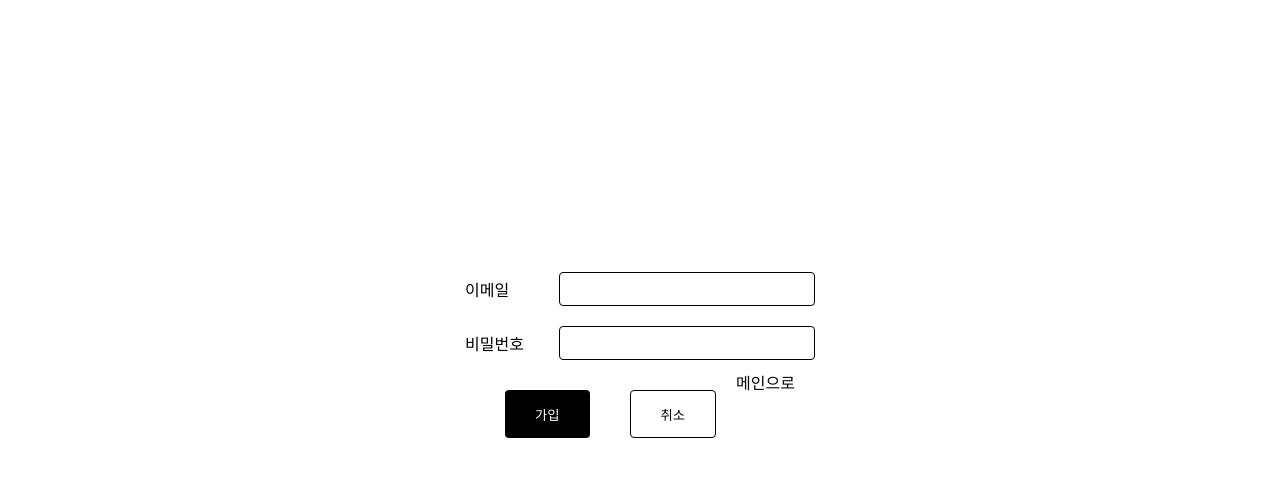
Repository: momo0170/react-shopping
Page: /register
These files come from the project's save history. The page is drawn as it stood at one moment and after the next save; the edit follows.
The browser window is 1280 px wide. The pictures show the whole page.
The page's requests for data from a server got no answer. Some web fonts or font styles are not loaded; a fallback is used. The project was rebuilt for these pictures with package versions that can differ from the ones it lists, and the page was loaded fresh each time. No one was signed in, and anything a server would have sent is missing. Also part of the build but not shown: src/App.css, src/css/Header.module.css, src/components/Header.jsx, src/App.js, src/router/Products.jsx, src/css/Login.module.css, src/router/Login.jsx.

Above is the page before, as saved 2023-02-24 19:02:43.

After the next save:
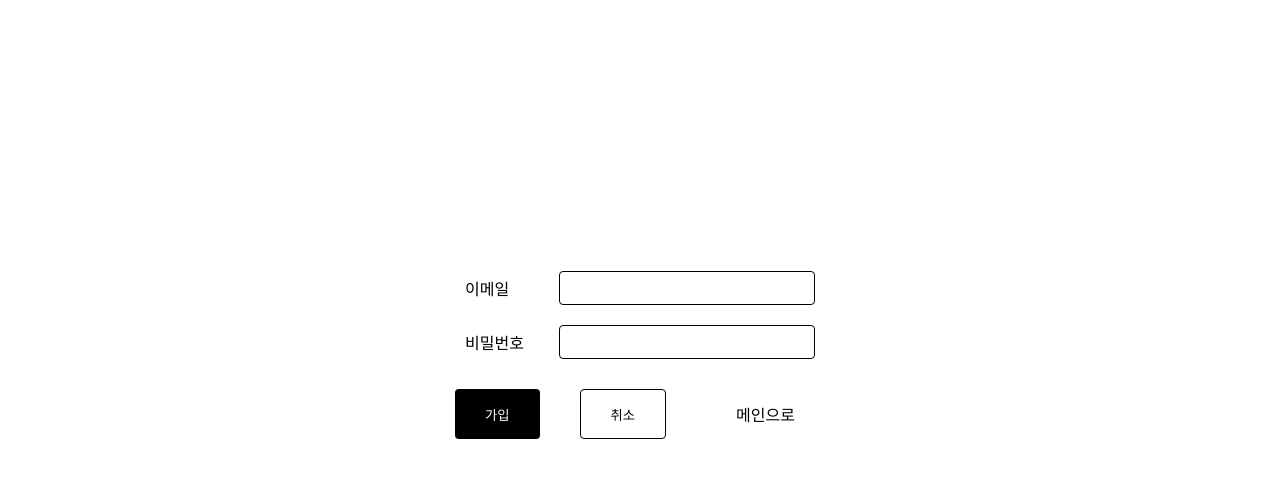
Saved 2 min 27 s later.
--- a/src/router/Register.jsx
+++ b/src/router/Register.jsx
@@ -43,9 +43,11 @@ export default function Register() {
           가입
         </button>
         <button className={styles.cancelBtn}>취소</button>
-        <span className={styles.homeBtn} onClick={goToHome}>
-          메인으로
-        </span>
+        <div>
+          <span className={styles.homeBtn} onClick={goToHome}>
+            메인으로
+          </span>
+        </div>
       </div>
     </main>
   );
